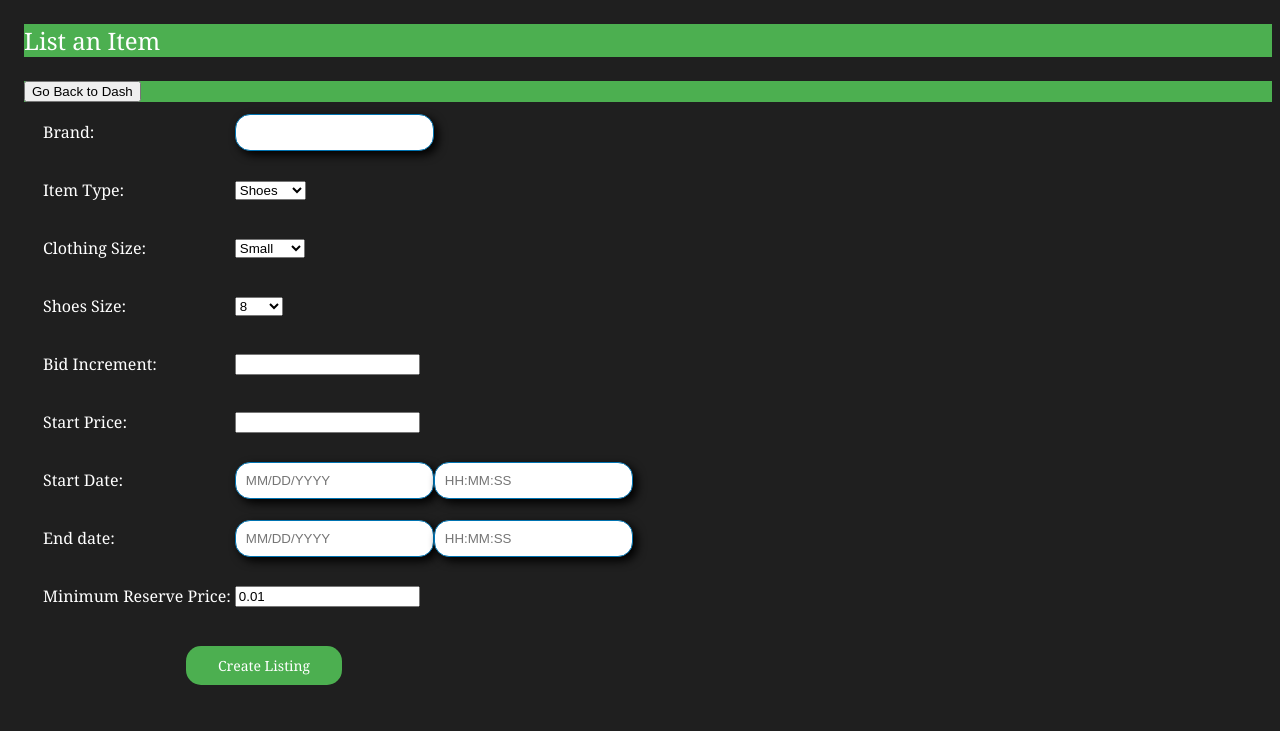
Repository: JephteyAdolphe/auction-system
Page: http://localhost/project/createListing.jsp
An editor plug-in stored every save of this project. The page is shown before and after the next save, followed by the edit.
The browser window is 1280 px wide. The pictures show the whole page.
The page is served by Tomcat 10.

Above is the page before, as saved 2021-04-04 12:07:40.

After the next save:
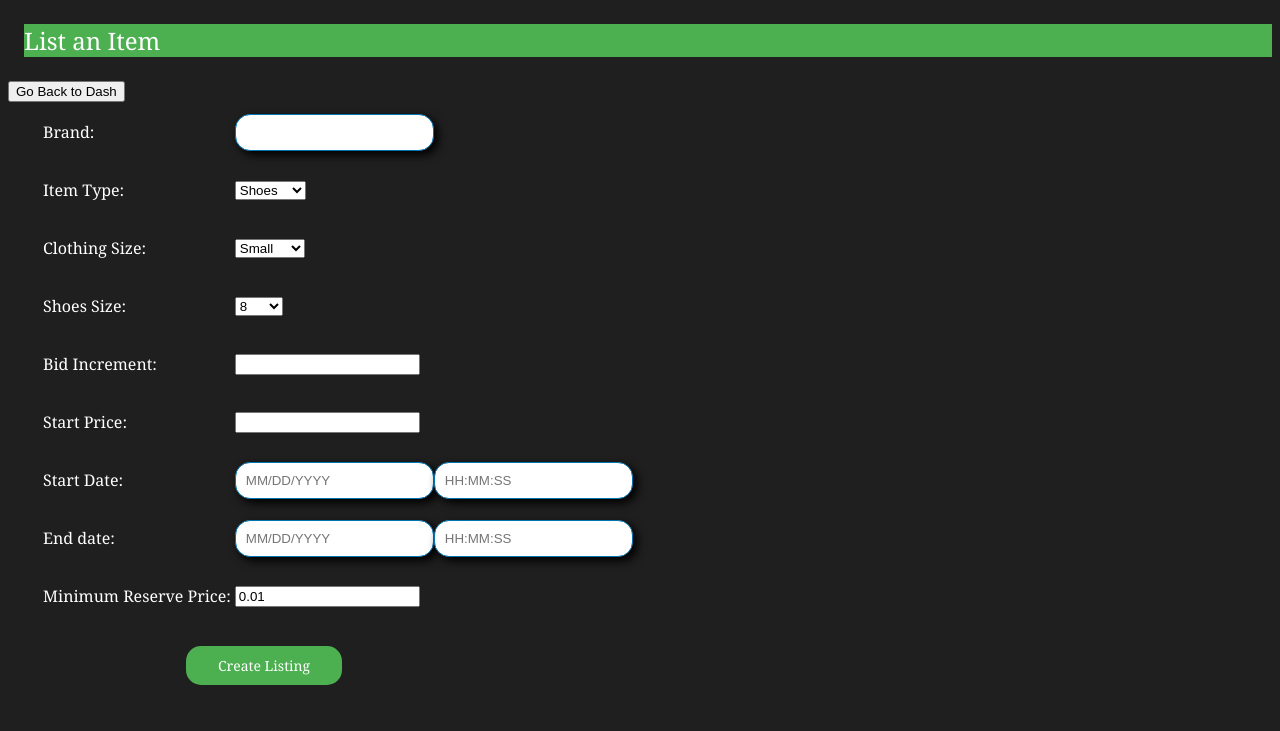
Saved 32 s later.
--- a/project/WebContent/createListing.jsp
+++ b/project/WebContent/createListing.jsp
@@ -19,9 +19,9 @@
          List an Item
       </p>
 	</div>
-	<div class="Login">
+
 		<button method="get" action="dashboard.jsp">Go Back to Dash</button>
-	</div>
+
 		<form method="post" id="listing_form" action="auctionServlet">
 		<div class="inputs">
 		<input type="hidden" name="listing_form" value="123">
